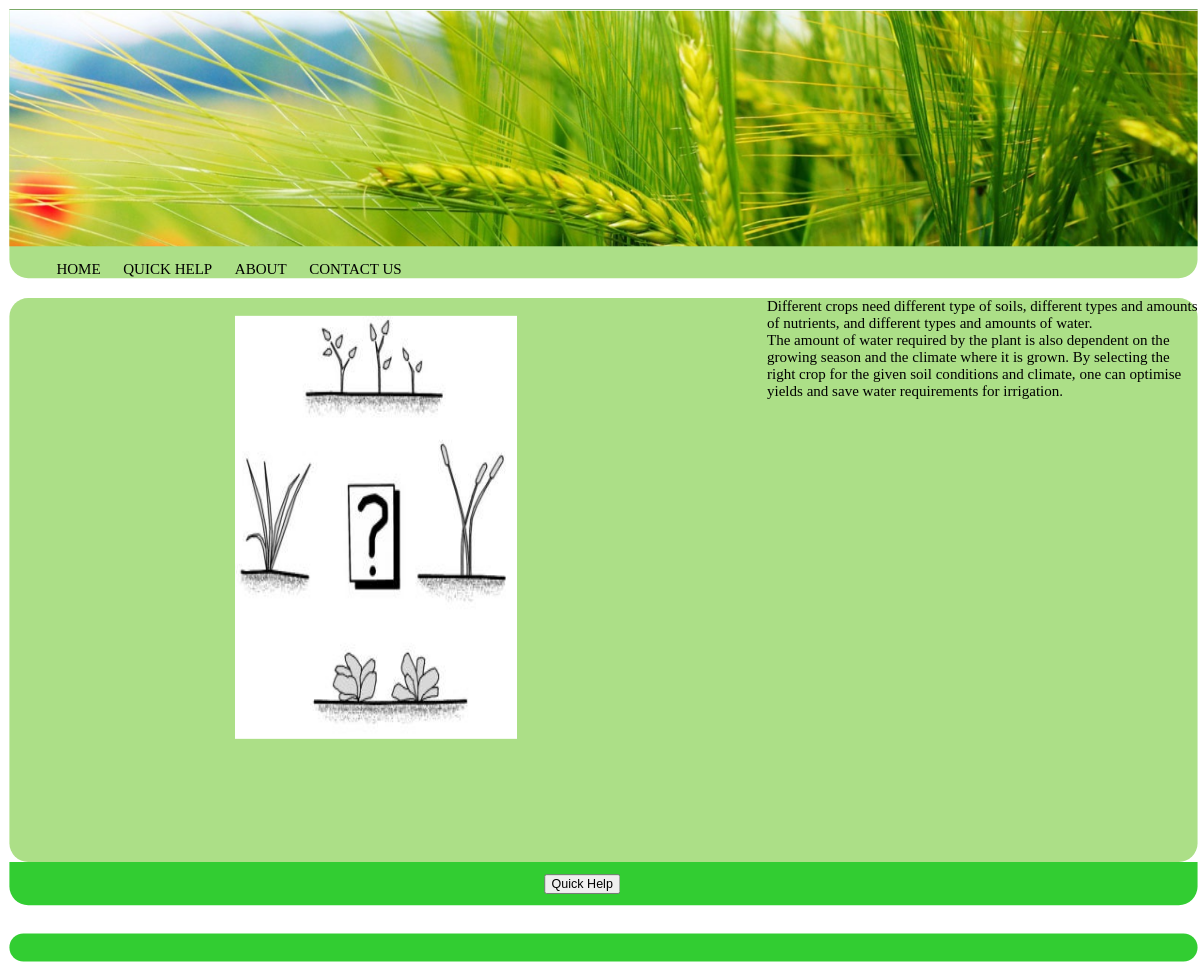
Repository: shivamtyagi1234/FarmoFriend
Page: http://localhost/FarmoFriend/
These files come from the project's save history. The page is drawn as it stood at one moment and after the next save; the edit follows.
The browser window is 1280 px wide. The pictures show the whole page, at 94% of full size.
The page is served by Tomcat 9. Other server files are loaded and not shown.

Above is the page before, as saved 2019-11-03 07:08:48.

### FarmoFriend/WebContent/home.jsp
<%@ page language="java" contentType="text/html; charset=ISO-8859-1"
    pageEncoding="ISO-8859-1"%>
<!DOCTYPE html PUBLIC "-//W3C//DTD HTML 4.01 Transitional//EN" "http://www.w3.org/TR/html4/loose.dtd">
<html>
<head>
<meta http-equiv="Content-Type" content="text/html; charset=ISO-8859-1">
<title>home</title>

<style type="text/css">
#main
{
width: 100%;
height: 100%;
border: 2px solid white;
}
#homeHead
{
background-color: #ACDF87;
border-radius:0px 0px 20px 20px;
}
#blank1
{
width: 100%;
height: 5px;
}
#homeBody
{
background-color: #ACDF87;
border-top:2px solid;
width: 100%;
height: 600px;
border: 2px;
border-color:limegreen;
border-radius:20px 20px 20px 20px;
}
#homeImage
{
height: 100%;
width: 50%;
}
#homeContent
{
height: 100%;
width: 50%;
}
#homeBody img
{
height:450px;
width:300px;
padding-left: 38%;
padding-top: 3%;
}
#vote
{
border:2px;
border-color: limegreen;
padding-top:1%;
padding-left: 45%;
padding-bottom:1%;
background-color: limegreen;
border-radius:0px 0px 20px 20px;
}
#blank2
{
width: 100%;
height:30px;
}
</style>
</head>
<body >
<div id="main">
<div id="homeHead">
<jsp:include page="header.jsp"></jsp:include>
</div>
<div id="blank1"></div>

<div id="homeBody">
	<div style="float: left; width: 50%"><img alt="home1" src="images\crop selection.jpg" ></div>
	<div style="float: right;">
	Different crops need different type of soils, different types and amounts
	<br>of nutrients, and different types and amounts of water.
	<br> The amount of water required by the plant is also dependent on the
	<br>growing season and the climate where it is grown. By selecting the
	<br>right crop for the given soil conditions and climate, one can optimise
	<br> yields and save water requirements for irrigation.<br>
	</div>




</div>
<div id="vote">
<a href="voterLogin.jsp"><button>Quick Help</button></a>
</div>
<div id="blank2"></div>
<div id="homeFoot">
<jsp:include page="footer.jsp"></jsp:include>
</div>
</div>
</body>
</html>

### FarmoFriend/WebContent/header.jsp
<%@ page language="java" contentType="text/html; charset=ISO-8859-1"
    pageEncoding="ISO-8859-1"%>
<!DOCTYPE html PUBLIC "-//W3C//DTD HTML 4.01 Transitional//EN" "http://www.w3.org/TR/html4/loose.dtd">
<head>
<meta http-equiv="Content-Type" content="text/html; charset=ISO-8859-1">
<title>result</title>
<style>
#header
{
height: 25%;
width: 100%;


}
#header ul
{
list-style-type: none;
}
#header ul li
{
display: inline;

padding: 10px;
}
#header ul li a
{
text-decoration: none;
color: black;
}
</style>
</head>
<body>
<div id="header">
	<img src="images\head.png" width="100%">
	<ul>
	<li><a href="home.jsp">HOME</a></li>
	<li><a href="registration.jsp">QUICK HELP</a></li>
	<li><a href="voterLogin.jsp">ABOUT</a></li>
	<li><a href="result.jsp">CONTACT US</a></li>
</ul>
</div>
</body>
</html>

### FarmoFriend/WebContent/footer.jsp
<%@ page language="java" contentType="text/html; charset=ISO-8859-1"
    pageEncoding="ISO-8859-1"%>
<!DOCTYPE html PUBLIC "-//W3C//DTD HTML 4.01 Transitional//EN" "http://www.w3.org/TR/html4/loose.dtd">
<html>
<head>
<meta http-equiv="Content-Type" content="text/html; charset=ISO-8859-1">

<title>FOOTER</title>
<style type="text/css">
#footer
{
width: 100%;
height: 30px;
background-color: limegreen;
border-radius:20px 20px 20px 20px;
}
</style>
</head>
<body>
<div id="footer">

</div>
</body>
</html>

After the next save:
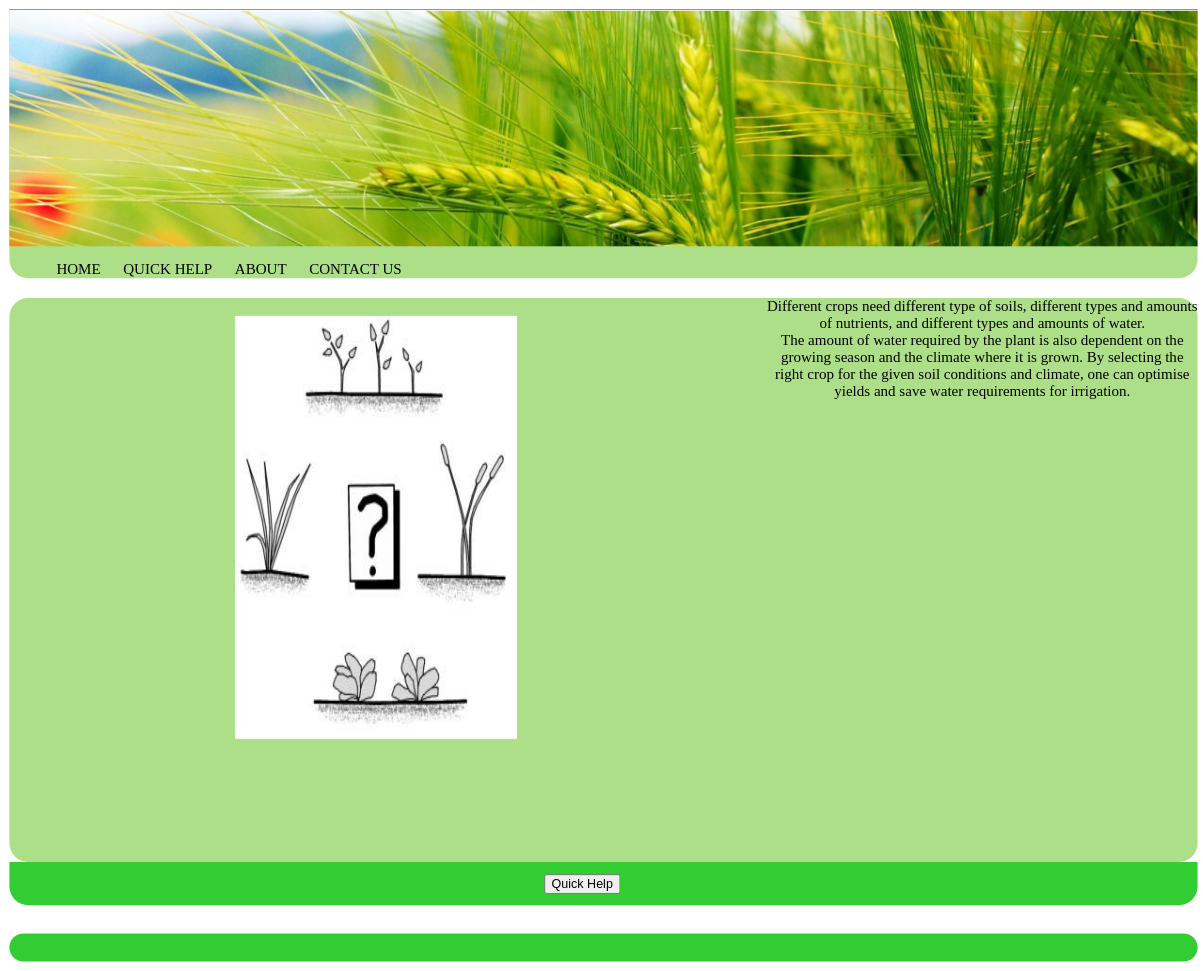
Saved 52 s later.
--- a/FarmoFriend/WebContent/home.jsp
+++ b/FarmoFriend/WebContent/home.jsp
@@ -76,7 +76,7 @@
 
 <div id="homeBody">
 	<div style="float: left; width: 50%"><img alt="home1" src="images\crop selection.jpg" ></div>
-	<div style="float: right;">
+	<div style="float: right; text-align: center;">
 	Different crops need different type of soils, different types and amounts
 	<br>of nutrients, and different types and amounts of water.
 	<br> The amount of water required by the plant is also dependent on the

After the save that followed:
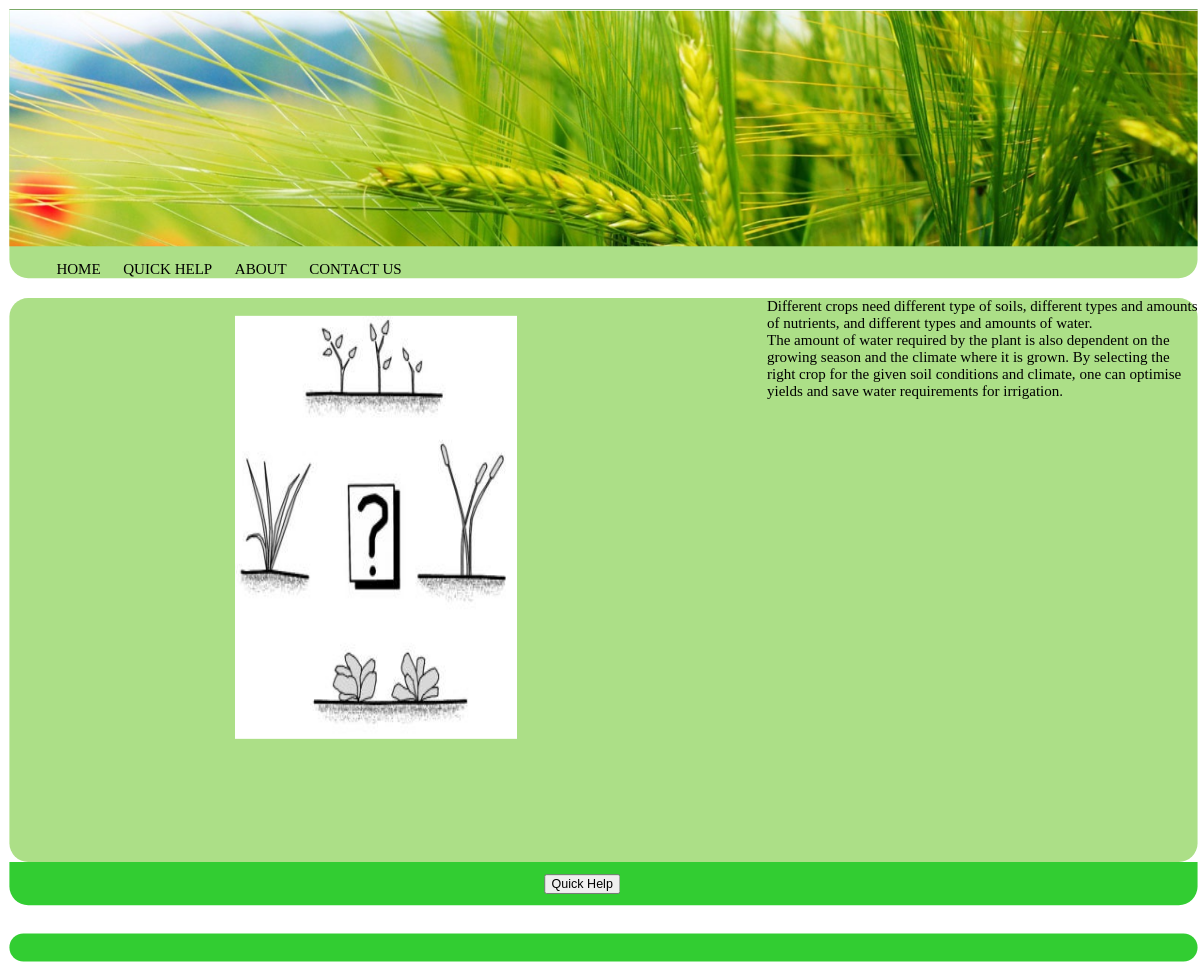
Saved 55 s later.
--- a/FarmoFriend/WebContent/home.jsp
+++ b/FarmoFriend/WebContent/home.jsp
@@ -76,7 +76,7 @@
 
 <div id="homeBody">
 	<div style="float: left; width: 50%"><img alt="home1" src="images\crop selection.jpg" ></div>
-	<div style="float: right; text-align: center;">
+	<div style="float: right; text-align: left;">
 	Different crops need different type of soils, different types and amounts
 	<br>of nutrients, and different types and amounts of water.
 	<br> The amount of water required by the plant is also dependent on the
